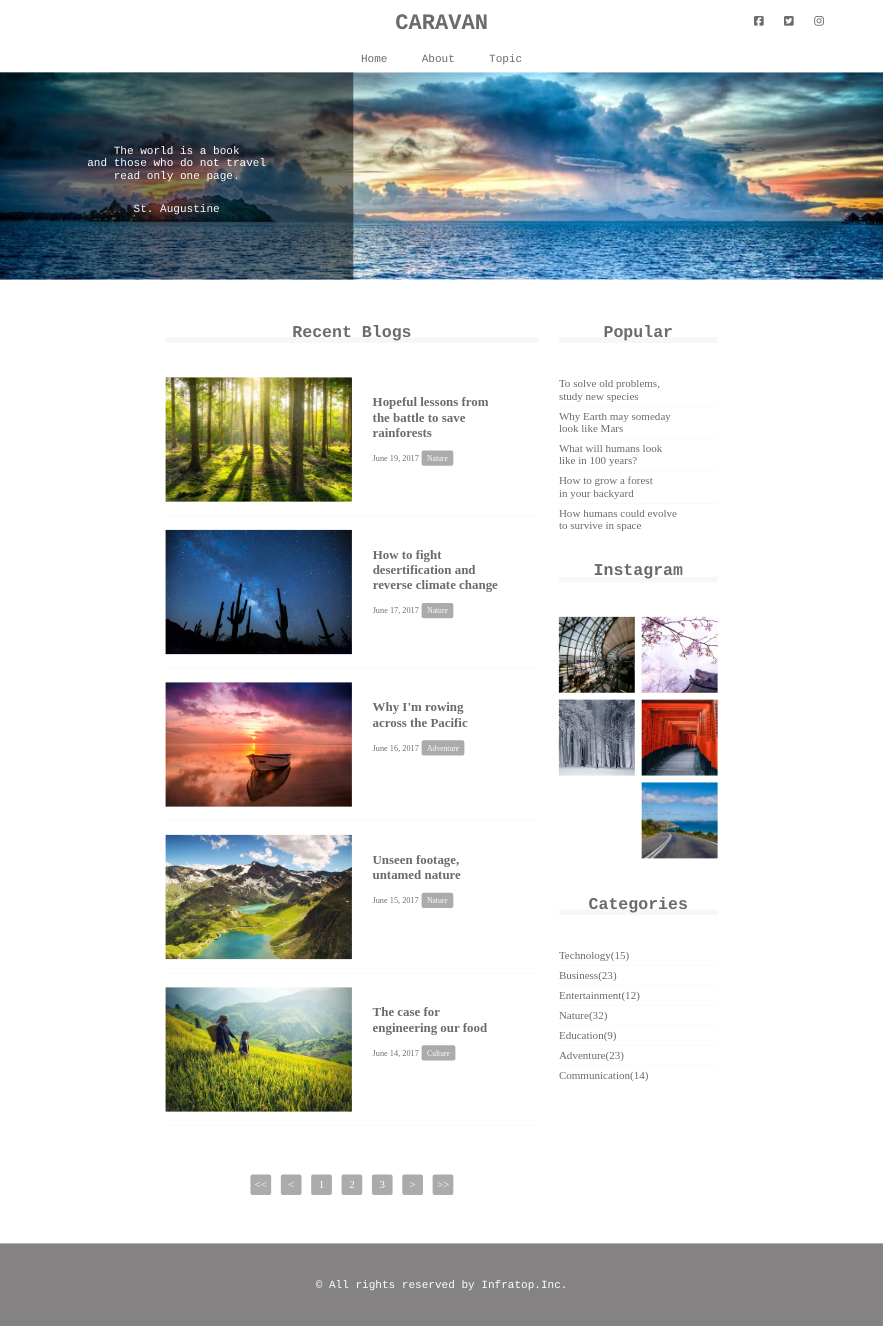
Repository: shimizuayuka/wcp_PHP
Page: caravan/index.html
The author's editor kept a record of every edit. The page is drawn from the files as they stood at one moment, then again after the next edit.
The browser window is 1280 px wide. The pictures show the whole page, at 69% of full size.
Some web libraries are served in a nearby version.

Above is the page before.
Not found: caravan/img/lake.jpg

### caravan/index.html
<!DOCTYPE html>
<html lang="ja">
  <head>
    <meta charset="UTF-8" />
    <meta name="viewport" content="width=device-width,initial-scale=1.0">
    <script src="https://kit.fontawesome.com/22867ca46b.js" crossorigin="anonymous"></script>
    <!-- CSSファイルの読み込み -->
    <link rel="stylesheet" href="style.css" />
    <title>CARAVAN</title>
  </head>

  <body>
    <!-- header -->
    <header>
      <h1 class="heading">
        <a href="index.html">
          CARAVAN
        </a>
      </h1>

      <div class="social">
        <i class="fab fa-facebook-square"></i>
        <i class="fab fa-twitter-square"></i>
        <i class="fab fa-instagram"></i>
      </div>
    </header>

     <!-- navigation -->
    <nav>
      <ul class="nav-list">
        <li class="nav-list-item">
          <a href="index.html">Home</a>
        </li>
        <li class="nav-list-item">About</li>
        <li class="nav-list-item">Topic</li>
      </ul>
    </nav>

    <!-- main-visual用のdiv -->
    <div class="main-visual">
      <div class="main-visual-content">
         <!-- pタグ（と文字）を追加 -->
       <p class="main-visual-text">
          The world is a book<br />
          and those who do not travel<br />
          read only one page.
        </p>
        <p class="main-visual-name">
          St. Augustine
        </p>
      </div>
    </div>

    <!-- main用のdiv -->
     <main>
      <section class="blog">
        <h2 class="blog-heading">Recent Blogs</h2>

         <div class="blog-box">
          <div class="blog-item">
            <img class="blog-image" src="img/img/forest.jpg" />
            <section class="blog-text">
              <h3 class="blog-text-heading">
                <a href="single.html">
                  Hopeful lessons from<br>
                  the battle to save<br>
                  rainforests
                </a>
              </h3>
              <p class="blog-date">June 19, 2017</p>
              <span class="category">Nature</span>
            </section>
          </div>
          <div class="blog-item">
            <img class="blog-image" src="img/img/desert.jpg" />
            <section class="blog-text">
              <h3 class="blog-text-heading">
                <a href="single.html">
                  How to fight<br>
                  desertification and<br>
                  reverse climate change
                </a>
              </h3>
              <p class="blog-date">June 17, 2017</p>
              <span class="category">Nature</span>
            </section>
          </div>
          <div class="blog-item">
            <img class="blog-image" src="img/img/sunset.jpg" />
            <section class="blog-text">
              <h3 class="blog-text-heading">
                <a href="single.html">
                  Why I'm rowing<br>
                  across the Pacific
                </a>
              </h3>
              <p class="blog-date">June 16, 2017</p>
              <span class="category">Adventure</span>
            </section>
          </div>
          <div class="blog-item">
            <img class="blog-image" src="img/img/italy.jpg" />
            <section class="blog-text">
              <h3 class="blog-text-heading">
                <a href="single.html">
                  Unseen footage,<br>
                  untamed nature
                </a>
              </h3>
              <p class="blog-date">June 15, 2017</p>
              <span class="category">Nature</span>
            </section>
          </div>
          <div class="blog-item">
            <img class="blog-image" src="img/img/asia.jpg" />
            <section class="blog-text">
              <h3 class="blog-text-heading">
                <a href="single.html">
                  The case for<br>
                  engineering our food
                </a>
              </h3>
              <p class="blog-date">June 14, 2017</p>
              <span class="category">Culture</span>
            </section>
          </div>
        </div>
        <div class="pagination">
          <p><<</p>
          <p><</p>
          <p>1</p>
          <p>2</p>
          <p>3</p>
          <p>></p>
          <p>>></p>
        </div>
      </section>

      <div class="sidebar">
        <section class="popular">
          <h2 class="popular-heading common-heading">Popular</h2>
          <div class="sidebar-contents">
             <p class="popular-text">To solve old problems,<br>study new species</p>
            <p class="popular-text">Why Earth may someday<br>look like Mars</p>
            <p class="popular-text">What will humans look<br>like in 100 years?</p>
            <p class="popular-text">How to grow a forest<br>in your backyard</p>
            <p class="popular-text">How humans could evolve<br>to survive in space</p>
          </div>
        </section>
        <section class="instagram">
          <h2 class="instagram-heading common-heading">Instagram</h2>
          <div class="sidebar-contents">
            <div class="instagram-box"></div>
            <div class="instagram-box"></div>
            <div class="instagram-box"></div>
            <div class="instagram-box"></div>
            <div class="instagram-box"></div>
            <div class="instagram-box"></div>
          </div>
        </section>
        <section class="categories">
          <h2 class="categories-heading common-heading">Categories</h2>
          <div class="sidebar-contents">
            <p class="categories-text">Technology(15)</p>
            <p class="categories-text">Business(23)</p>
            <p class="categories-text">Entertainment(12)</p>
            <p class="categories-text">Nature(32)</p>
            <p class="categories-text">Education(9)</p>
            <p class="categories-text">Adventure(23)</p>
            <p class="categories-text">Communication(14)</p>
          </div>
        </section>
      </div>
    </main>

    <!-- footer -->
    <footer>
      <p class="footer-text">© All rights reserved by Infratop.Inc.</p>
    </footer>
  </body>
</html>

### caravan/style.css
/* ブラウザがそれぞれ持っているCSSをリセットするための記述 */
* {
  margin: 0;
  padding: 0;
  box-sizing: border-box;
  color: #6c6b6b;
}

a {
  text-decoration: none;
}

header, nav, h2, .main-visual, footer {
  font-family: Chalkduster, "Bradley Hand", Courier, "Segoe Print", sans-serif;
}

header {
  width: 90%; /* 横幅 */
  padding: 15px 0;
  margin: 0 auto;
  text-align: center;
  position: relative;
}

.social i {
  display: inline-block;
  margin-left: 20px;
}

.social {
  position: absolute;
  top: 22px;
  right: 22px;
}

header .heading {
  /* headerタグ内のheadingクラスにのみ反映される */
  font-size: 32px;
}

.nav-list {
  text-align: center;
  padding: 10px 0;
  margin: 0 auto;
}

.nav-list-item {
  list-style: none;
  display: inline-block;
  margin: 0 20px;
}

.main-visual {
  width: 100%; /* 横幅いっぱい */
  height: 300px; /* 高さ300px */
  background-image: url(img/img/mv.jpg);
  background-size: cover; /* 縦横比を維持したまま背景領域を埋め尽くす */
  background-position: center; /* 背景画像を中央に配置 */
}

.main-visual-content {
  width: 40%; /* 横幅40% */
  height: 300px; /* 親の高さに揃える */
  background-color: rgba(0, 0, 0, 0.5); /* 背景色を半透明の黒にする */
  text-align: center; /* 文字を中央揃えにする */
  padding-top: 105px; /* 上側の内側余白で垂直方向の位置を調整 */
}

.main-visual-text {
  color: #fff; /* 文字色を白に変更 */
}

.main-visual-name {
  margin-top: 30px; /* 上側の外側の余白 */
  color: #fff; /* 文字色を白に変更 */
}

main {
  width: 800px; /* 横幅800px */
  display: flex; /* Flexboxの利用 */
  justify-content: center; /* 要素の横並び・中央寄せ */
  margin: 0 auto; /* 要素の中央揃え */
  padding: 70px 0; /* 上下に70px、左右に0pxの内側余白 */
}

.blog {
  width: 540px;
  margin-right: 30px; /* 領域の右側余白 */
}

.blog-heading {
  border-bottom: 8px solid #f7f7f7;
  text-align: center;
  line-height: 0.6;
}

.blog-box {
  padding-top: 50px;
}

.blog-item {
  padding-bottom: 20px;
  margin-bottom: 20px;
  border-bottom: 1px solid #f7f7f7;
  display: flex;
  justify-content: flex-start;
}

.blog-image {
  height: 180px;
}

.blog-text {
  padding: 25px 0 0 30px;
}

.blog-text-heading {
  padding-bottom: 15px;
}

.blog-date {
  font-size: 12px;
  display: inline-block;
}

.category {
  display: inline-block;
  padding: 5px 8px;
  background-color: #acabab;
  border-radius: 3px;
  color: #fff;
  font-size: 11px;
}

.pagination {
  text-align: center;
  padding-top: 50px;
}

.pagination p {
  display: inline-block;
  width: 30px;
  height: 30px;
  margin: 0 5px;
  color: #fff;
  background-color: #acabab;
  border-radius: 3px;
  line-height: 30px;
}

.sidebar {
  width: 230px;
}

.common-heading {
  border-bottom: 8px solid #f7f7f7;
  text-align: center;
  line-height: 0.6;
}

.sidebar-contents {
  padding: 50px 0;
}

.popular-text,
.categories-text {
  padding-bottom: 5px;
  border-bottom: 1px solid #f7f7f7;
  margin-bottom: 5px;
}

.popular-text:last-child,
.categories-text:last-child {
  margin: 0;
  padding: 0;
  border: none;
}

.instagram .sidebar-contents {
  display: flex;
  flex-wrap: wrap;
}

.instagram-box {
  width: 110px;
  padding-top: 110px;
  background-size: cover;
  background-position: center;
  margin-bottom: 10px;
}

.instagram-box:nth-child(odd) {
  margin-right: 10px;
}

.instagram-box:nth-child(1) {
  background-image: url(img/img/airport.jpg);
}

.instagram-box:nth-child(2) {
  background-image: url(img/img/japan.jpg);
}

.instagram-box:nth-child(3) {
  background-image: url(img/img/snow.jpg);
}

.instagram-box:nth-child(4) {
  background-image: url(img/img/japan2.jpg);
}

.instagram-box:nth-child(5) {
  background-image: url(img/lake.jpg);
}

.instagram-box:nth-child(6) {
  background-image: url(img/road.jpg);
}

footer {
  width: 100%;
  height: 120px;
  text-align: center;
  line-height: 120px;
  background-color: #848282;
}

.footer-text {
  color: #fff;
}

@media screen and (max-width: 425px) {
  header {
    width: 100%;
  }

  .nav-list {
    width: 100%;
  }

  .nav-list-item {
    width: 100%;
    margin: 0 0 10px 0;
  }

  .social {
    display: none;
  }

  .main-visual-content {
    width: 100%;
  }

  main {
    width: 100%;
    display: block;
  }

  .blog {
    width: 100%;
    margin: 0;
  }

  .blog-box {
    padding-left: 2%;
    padding-right: 2%;
  }

  .blog-image {
    width: 49%;
  }

  .blog-text {
    width: 49%;
    padding-top: 5px;
  }

  .sidebar {
    width: 100%;
  }

  .sidebar-contents {
    padding-left: 3%;
    padding-right: 3%;
  }

  .instagram-box {
    width: 48%;
    padding-top: 48%;
  }

  .instagram-box:nth-child(odd) {
    margin-right: 4%;
  }

  .pagination {
    margin-bottom: 50px;
  }
}

After the next edit:
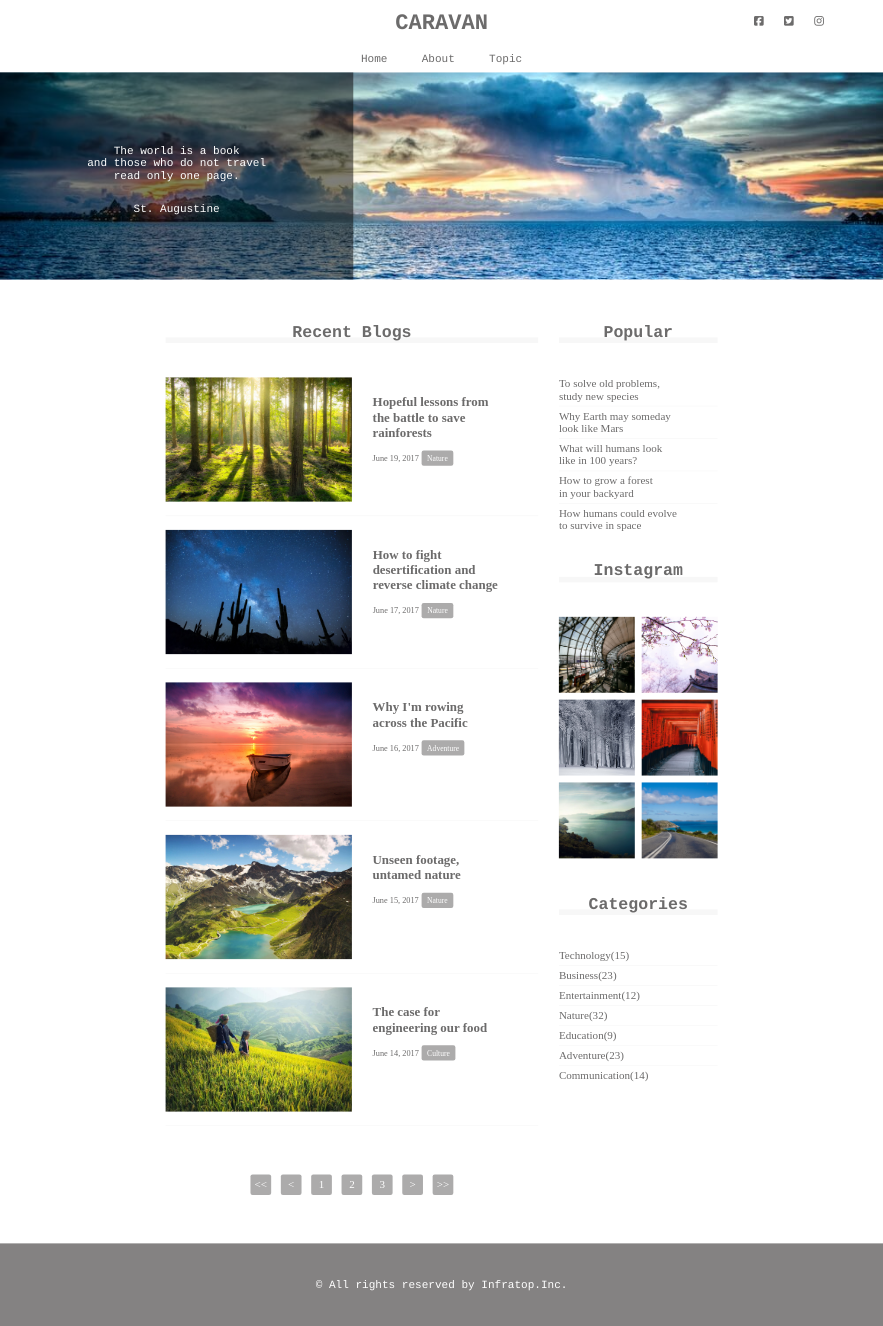
The edit:
--- a/caravan/style.css
+++ b/caravan/style.css
@@ -210,7 +210,7 @@
 }
 
 .instagram-box:nth-child(5) {
-  background-image: url(img/lake.jpg);
+  background-image: url(img/img/lake.jpg);
 }
 
 .instagram-box:nth-child(6) {
